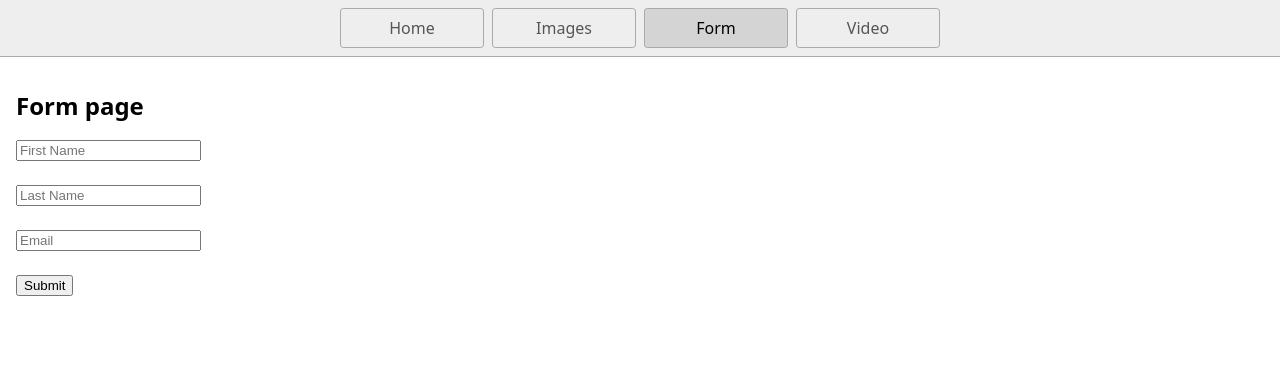
Repository: sebas6292/palmTree-Final
Page: Form.html
These files come from the project's save history. The page is drawn as it stood at one moment and after the next save; the edit follows.
The browser window is 1280 px wide. The pictures show the whole page.

Above is the page before, as saved 2023-05-27 11:02:49.
Not found: script.js

### Form.html
<!DOCTYPE html>
<html lang="en">
  <head>
    <title>Home</title>
    <meta charset="UTF-8" />
    <meta name="viewport" content="width=device-width" />
    <!--
      Need a visual blank slate?
      Remove all code in `styles.css`!
    -->
    <link rel="stylesheet" href="styles.css" />
    <script type="module" src="script.js"></script>
  </head>
  <body>
    <nav>
      <a href="/Home.html">Home</a>
      <a href="/Images.html">Images</a>
      <a href="/Form.html" aria-current="page">Form</a>
      <a href="/Video.html">Video</a>
    </nav>
    <main>
      <h1>Form page</h1>
      <form action="/action_page.php">

        <input type="text" id="fname" name="fname" placeholder="First Name"><br>
        <br>
        <input type="text" id="lname" name="lname" placeholder="Last Name" ><br>
        <br>
        <input type="text" id="email" name="email" placeholder="Email"><br>
        <br>
        <input type="submit" value="Submit">
      </form>
    </main>
  </body>
</html>

### styles.css
* {
    box-sizing: border-box;
  }

  body {
    margin: 0;
    font-family: system-ui, sans-serif;
    color: black;
    background-color: white;
  }

  nav {
    display: flex;
    flex-wrap: wrap;
    align-items: center;
    justify-content: center;
    padding: 0.5rem;
    gap: 0.5rem;
    border-bottom: solid 1px #aaa;
    background-color: #eee;
  }

  nav a {
    display: inline-block;
    min-width: 9rem;
    padding: 0.5rem;
    border-radius: 0.2rem;
    border: solid 1px #aaa;
    text-align: center;
    text-decoration: none;
    color: #555;
  }

  nav a[aria-current='page'] {
    color: #000;
    background-color: #d4d4d4;
  }

  main {
    padding: 1rem;
  }

  h1 {
    font-weight: bold;
    font-size: 1.5rem;
  }

After the next save:
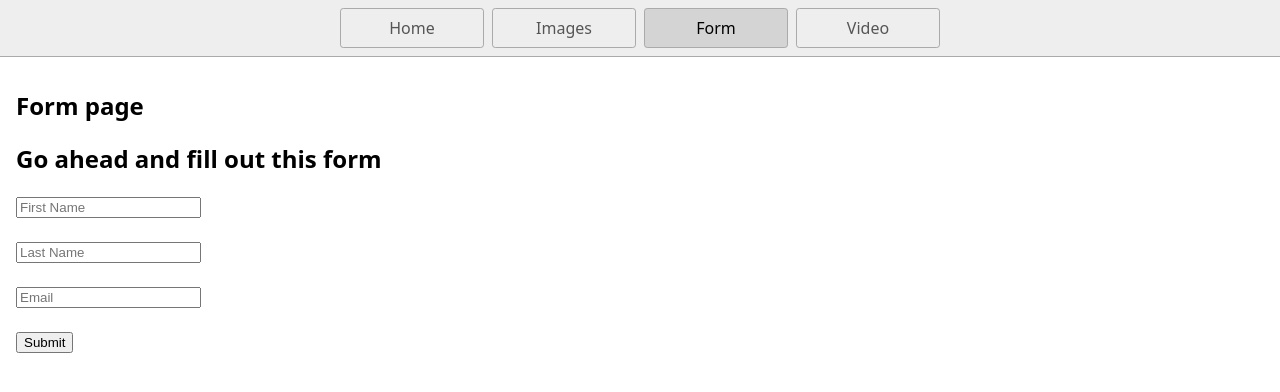
Saved 43 s later.
--- a/Form.html
+++ b/Form.html
@@ -20,6 +20,7 @@
     </nav>
     <main>
       <h1>Form page</h1>
+      <h2>Go ahead and fill out this form</h2>
       <form action="/action_page.php">
 
         <input type="text" id="fname" name="fname" placeholder="First Name"><br>
